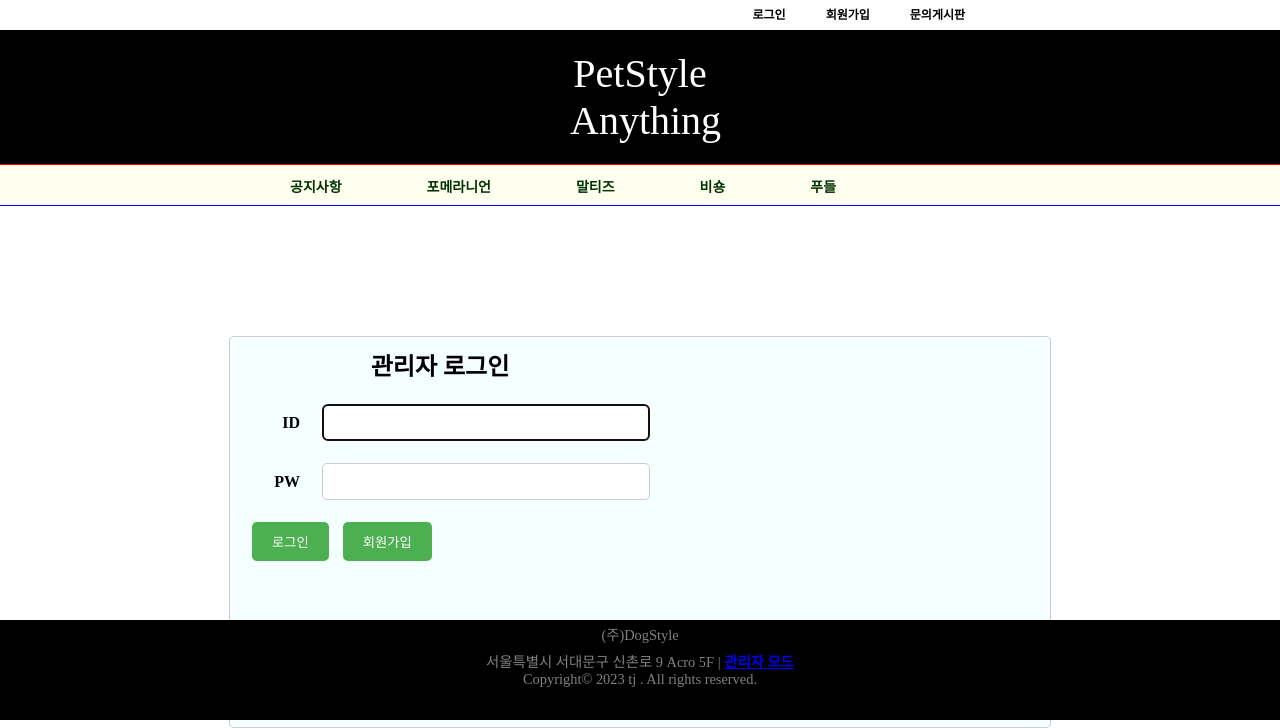
Repository: kdkk2000/Project
Page: http://localhost/petstyle/admin/adminLogin.jsp
An editor plug-in stored every save of this project. The page is shown before and after the next save, followed by the edit.
The browser window is 1280 px wide. The pictures show the whole page.
The page is served by Tomcat 9. Other server files are loaded and not shown. The template is opened directly, without the code that normally fills it, so the values that code supplies are empty.

Above is the page before, as saved 2023-03-29 06:43:19.

### petstyle/WebContent/admin/adminLogin.jsp
<%@ page language="java" contentType="text/html; charset=UTF-8"
    pageEncoding="UTF-8"%>
<%@ taglib prefix="c" uri="http://java.sun.com/jsp/jstl/core" %>
<%@ taglib prefix="fmt" uri="http://java.sun.com/jsp/jstl/fmt"%>
<c:set var="conPath" value="${pageContext.request.contextPath }"/>
<!DOCTYPE html>
<html>
<head>
	<meta charset="UTF-8">
	<title>Insert title here</title>
	<link href="${conPath }/css/login.css" rel="stylesheet">
	<style>
		#content_form {
			height:370px;
			margin: 130px auto 0px;
			width: 800px;
		}
	</style>
</head>
<body>
	<c:if test="${not empty admin }">
		<script>
			alert('이미 관리자 모드로 들어오셨습니다');
			location.href='${conPath }/main.do';
		</script>
	</c:if>
	<c:if test="${not empty user }">
		<script>
			alert('사용자는 접근할 수 없는 화면입니다.');
			history.back();
		</script>
	</c:if>
	<jsp:include page="../main/header.jsp"/>
	<div id="content_form">
		<form action="${conPath }/adminLogin.do" method="post">
			<table>
			<caption>관리자 로그인</caption>
			<tr>
				<th>ID</th>
				<td><input type="text" name="adminId" required="required" autofocus="autofocus"></td>
			</tr>
			<tr>
				<th>PW</th>
				<td><input type="password" name="adminPw" required="required"></td>
			</tr>
			<tr>
				<td colspan="2">
						<input type="submit" value="로그인" class="btn">
						<input type="button" value="회원가입" class="btn"
									onclick="location='${conPath}/adminJoinView.do'">
				</td>
			</tr>
		</table>
		</form>
	</div>
	<jsp:include page="../main/footer.jsp"/>
</body>
</html>

### petstyle/WebContent/main/header.jsp
<%@ page language="java" contentType="text/html; charset=UTF-8"
    pageEncoding="UTF-8"%>
<%@taglib prefix="c" uri="http://java.sun.com/jsp/jstl/core"%>
<%@taglib prefix="fmt" uri="http://java.sun.com/jsp/jstl/fmt" %>
<c:set var="conPath" value="${pageContext.request.contextPath }"/>
<!DOCTYPE html>
<html>
<head>
	<meta charset="UTF-8">
	<title>Insert title here</title>
<style>
	*{padding:0; margin: 0;}
	header {
		background-color: black; font-size: 10pt; color: white;
	}
	header a {text-decoration: none; font-weight: bold;}
	header li {list-style: none;}
	header .gnb {
	    width: 100%;
	    background-color: white;
	    margin-left: auto;
	}
	header .gnb ul {
		overflow: hidden;
		width:700px;
		height: 30px;
		line-height: 30px;
		margin: 0 auto;
	}
	header .gnb ul li {	float: right; margin-right:10px;}
	header .gnb a {
		color : black;
		font-size: 0.9em;
		display: block;
		padding-left:15px;
		padding-right:15px;
	}
	header .gnb a:hover {
		font-size: 1.2em;
  		background-color: black;
  		color: white;
	}

	header .logo{
		width:140px; text-align:center;
		margin: 20px auto; font-size:3em;
		cursor: pointer;
	}
	header .lnb {
		background-color: ivory;
	  	width: 100%; height: 40px;
	  	border-top: 1px solid red;
		border-bottom: 1px solid blue;
		position:relative; /*서브메뉴가 main영역 위로 */
	}
	header .lnb ul{
		text-align:center;
		overflow: hidden;
		width:800px;
		margin: 0 auto;
	}
	header .lnb ul>li {
		font-weight: bold;
		font-size: 14px;
		margin: 5px;
		margin-left: 20px;
		float:left;
		padding:5px 30px;
		line-height: 25px;
	}
	header .lnb li:hover {
  		background-color: black;
  		color: white;
	}
	header .lnb a {
		color : white;
		font-size: 0.9em;
		display: block;
		padding-left:15px;
		padding-right:15px;
	}
	header .lnb a:hover {
  		background-color: yellow;
  		color: black;
	}
	header .lnb li {color: #003300;}
	header .lnb ul li .subMenu {display:none;}
	header .lnb ul li:hover .subMenu {display: block; margin: 10px 0 0 0;}
</style>
</head>
<body>
<header>
	<c:if test="${empty user and empty admin}"> <%-- 로그인 전 화면 --%>
		<div class="gnb">
			<ul>
				<li><a href="${conPath }/boardList.do">문의게시판</a></li>
				<li><a href="${conPath }/joinView.do">회원가입</a></li>
				<li><a href="${conPath }/loginView.do">로그인</a></li>
			</ul>
		</div>
		<div class="logo" onclick="location.href='${conPath}/main.do'">
			PetStyle Anything
		</div>
		<div class="lnb">
			<ul>
				<li>공지사항
					<ol class="subMenu">
						<li><a href="${conPath }/noticeList.do">공지사항</a></li>
					</ol>
				</li>
				<li>포메라니언
					<ol class="subMenu">
						<li><a href="../fileBoardUp/dog.jpg">곰돌이컷</a></li>
						<li><a href="#">물개컷</a></li>
						<li><a href="#">포메컷</a></li>
						<li><a href="#">라이언컷</a></li>
						<li><a href="#">풀코트</a></li>
					</ol>
				</li>
				<li>말티즈
					<ol class="subMenu">
						<li><a href="#">알밤컷</a></li>
						<li><a href="#">곰돌이컷</a></li>
						<li><a href="#">베이비컷 </a></li>
						<li><a href="#">무스타슈 </a></li>
					</ol>
				</li>
				<li>비숑
					<ol class="subMenu">
						<li><a href="#">하이바컷</a></li>
						<li><a href="#">귀툭튀컷</a></li>
					</ol>
				</li>
				<li>푸들
					<ol class="subMenu">
						<li><a href="#">양컷</a></li>
						<li><a href="#">몽키컷</a></li>
						<li><a href="#">브로콜리컷</a></li>
						<li><a href="#">테디베어컷</a></li>
						<li><a href="#">귀똑컷</a></li>
					</ol>
				</li>
			</ul>
		</div>
	</c:if>
	<c:if test="${not empty user and empty admin}"> <%-- 사용자 모드 로그인 화면--%>
		<div class="gnb">
			<ul>
				<li><a href="${conPath }/boardList.do">문의게시판</a></li>
				<li><a href="${conPath }/logout.do">로그아웃</a></li>
				<li><a href="${conPath }/modifyView.do">정보수정</a></li>
				<li><a>${user.userName }님 &nbsp; ▶</a></li>
			</ul>
		</div>
		<div class="logo" onclick="location.href='${conPath}/main.do'">
			PetStyle Anything
		</div>
		<div class="lnb">
			<ul>
				<li>공지사항
					<ol class="subMenu">
						<li><a href="${conPath }/noticeList.do">공지사항</a></li>
					</ol>
				</li>
				<li>포메라니언
					<ol class="subMenu">
						<li><a href="#">곰돌이컷</a></li>
						<li><a href="#">물개컷</a></li>
						<li><a href="#">포메컷</a></li>
						<li><a href="#">라이언컷</a></li>
						<li><a href="#">풀코트컷</a></li>
					</ol>
				</li>
				<li>말티즈
					<ol class="subMenu">
						<li><a href="#">알밤컷</a></li>
						<li><a href="#">곰돌이컷</a></li>
						<li><a href="#">베이비컷 </a></li>
						<li><a href="#">무스타슈컷 </a></li>
					</ol>
				</li>
				<li>비숑
					<ol class="subMenu">
						<li><a href="#">하이바컷</a></li>
						<li><a href="#">귀툭튀컷</a></li>
					</ol>
				</li>
				<li>푸들
					<ol class="subMenu">
						<li><a href="#">양컷</a></li>
						<li><a href="#">몽키컷</a></li>
						<li><a href="#">브로콜리컷</a></li>
						<li><a href="#">테디베어컷</a></li>
						<li><a href="#">귀똑컷</a></li>
					</ol>
				</li>
			</ul>
		</div>
	</c:if>
	<c:if test="${empty user and not empty admin}"> <%-- 관리자 모드 로그인 화면--%>
		<div class="gnb">
			<ul>
				<li><a href="${conPath }/boardList.do">문의게시판</a></li>
				<li><a href="${conPath }/logout.do">관리자모드나가기</a></li>
				<li><a href="${conPath }/adminModify.do">정보수정</a></li>
				<li><a>${admin.adminName }님 &nbsp; ▶</a></li>
			</ul>
		</div>
		<div class="logo" onclick="location.href='${conPath}/main.do'">
			PetStyle Anything
		</div>
		<div class="lnb">
			<ul>
				<li>공지사항
					<ol class="subMenu">
						<li><a href="${conPath }/noticeList.do">공지사항</a></li>
					</ol>
				</li>
				<li>회원 리스트
					<ol class="subMenu">
						<li><a href="${conPath }/allUser.do">회원 리스트</a></li>
					</ol>
				</li>
				<li>관리자 메모장
					<ol class="subMenu">
						<li><a href="#">관리자 메모장</a></li>
					</ol>
				</li>
			</ul>
		</div>
	</c:if>
</header>
</body>
</html>

### petstyle/WebContent/main/footer.jsp
<%@ page language="java" contentType="text/html; charset=UTF-8"
    pageEncoding="UTF-8"%>
<%@taglib prefix="c" uri="http://java.sun.com/jsp/jstl/core"%>
<%@taglib prefix="fmt" uri="http://java.sun.com/jsp/jstl/fmt" %>
<c:set var="conPath" value="${pageContext.request.contextPath }"/>
<!DOCTYPE html>
<html>
<head>
<meta charset="UTF-8">
<title>Insert title here</title>
	<style>
	footer {
		position: fixed;
		bottom: 0;
		height: 100px;
		background-color: black;
		width: 100%;
	}

	#footer_conts {
		color: gray;
		font-size: 0.9em;
		text-align: center;
		margin: 0 auto;
		width: 80%;
	}

	#footer_conts p:first-child {
		height: 30px;
		line-height: 30px;
	}
</style>
</head>
<body>
	<footer>
		<div id="footer_conts">
			<p>(주)DogStyle</p>
			<p>서울특별시 서대문구 신촌로 9 Acro 5F | <b><a href="${conPath }/adminLoginView.do">관리자 모드</a></b></p>
			<p>Copyright© 2023 tj . All rights reserved.</p>
		</div>
	</footer>
</body>
</html>

### petstyle/WebContent/css/login.css
@charset "UTF-8";

#content_form {
  width: 150px;
  padding: 10px;
  background-color: #F4FFFF;
  color: black;
  border: 1px solid #ccc;
  border-radius: 5px;
}

form table {
  width: 50%;
}

form table caption {
  font-size: 1.5em;
  font-weight: bold;
  margin-bottom: 10px;
}

form table th {
  text-align: right;
  padding: 10px;
}

form table td {
  padding: 10px;
}

form table input[type="text"],
form table input[type="password"] {
  width: 100%;
  padding: 10px;
  border-radius: 5px;
  border: 1px solid #ccc;
}

form table input[type="submit"],
form table input[type="button"] {
  margin-right: 10px;
  padding: 10px 20px;
  border-radius: 5px;
  border: none;
  background-color: #4CAF50;
  color: #fff;
  cursor: pointer;
  text-align: center;
}

form table input[type="submit"]:hover,
form table input[type="button"]:hover {
  background-color: #3e8e41;
}

After the next save:
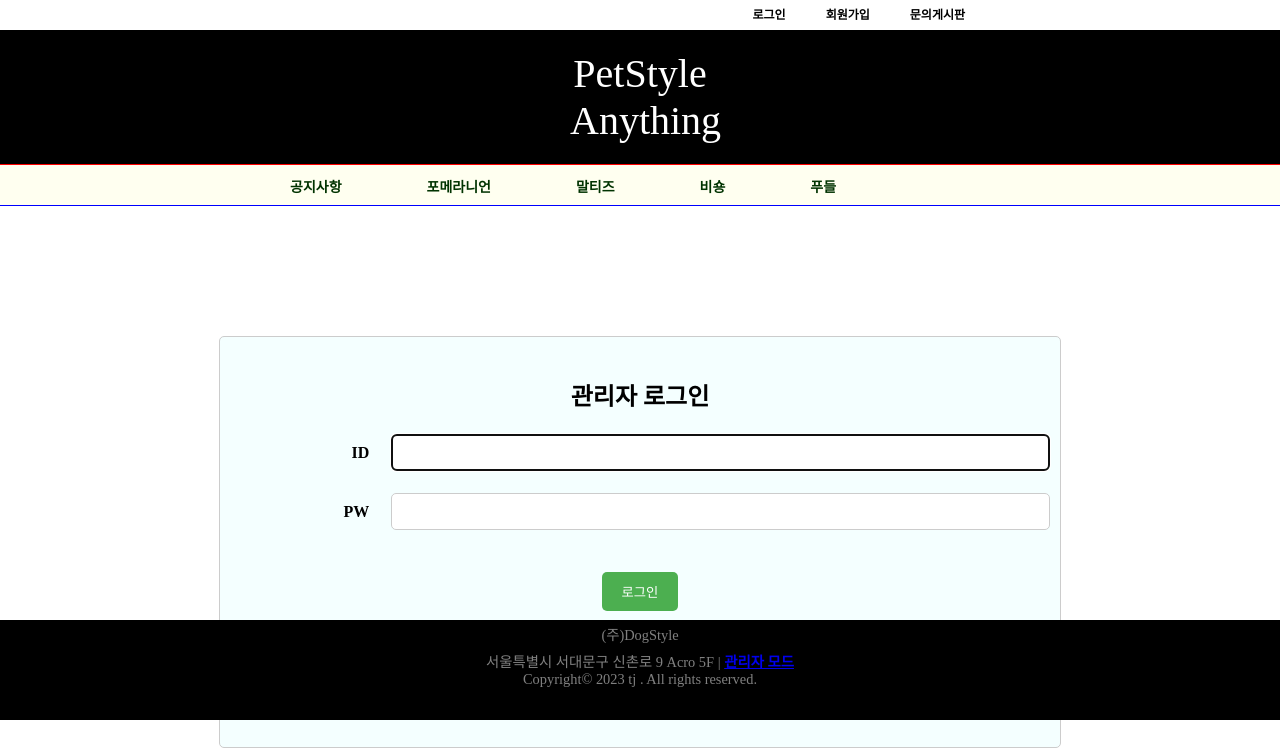
Saved 80 s later.
--- a/petstyle/WebContent/css/login.css
+++ b/petstyle/WebContent/css/login.css
@@ -1,54 +1,91 @@
 @charset "UTF-8";
 
 #content_form {
-  width: 150px;
-  padding: 10px;
-  background-color: #F4FFFF;
-  color: black;
-  border: 1px solid #ccc;
-  border-radius: 5px;
+width: 400px;
+margin: 130px auto 0px;
+padding: 20px;
+background-color: #F4FFFF;
+color: black;
+border: 1px solid #ccc;
+border-radius: 5px;
 }
 
 form table {
-  width: 50%;
+width: 100%;
+margin-top: 20px;
 }
 
 form table caption {
-  font-size: 1.5em;
-  font-weight: bold;
-  margin-bottom: 10px;
+font-size: 1.5em;
+font-weight: bold;
+margin-bottom: 10px;
 }
 
 form table th {
-  text-align: right;
-  padding: 10px;
+text-align: right;
+padding: 10px;
 }
 
 form table td {
-  padding: 10px;
+padding: 10px;
 }
 
 form table input[type="text"],
 form table input[type="password"] {
-  width: 100%;
-  padding: 10px;
-  border-radius: 5px;
-  border: 1px solid #ccc;
+width: 100%;
+padding: 10px;
+border-radius: 5px;
+border: 1px solid #ccc;
 }
 
 form table input[type="submit"],
 form table input[type="button"] {
-  margin-right: 10px;
-  padding: 10px 20px;
-  border-radius: 5px;
-  border: none;
-  background-color: #4CAF50;
-  color: #fff;
-  cursor: pointer;
-  text-align: center;
+margin-top: 20px;
+margin-right: 10px;
+padding: 10px 20px;
+border-radius: 5px;
+border: none;
+background-color: #4CAF50;
+color: #fff;
+cursor: pointer;
+text-align: center;
 }
 
 form table input[type="submit"]:hover,
 form table input[type="button"]:hover {
-  background-color: #3e8e41;
+background-color: #3e8e41;
 }
+
+form table p {
+text-align: center;
+}
+
+#content_form {
+text-align: center;
+}
+
+form table td:first-child {
+text-align: left;
+font-weight: bold;
+}
+
+form table input[type="text"]::placeholder,
+form table input[type="password"]::placeholder {
+color: #ccc;
+}
+
+form table input[type="text"]:focus,
+form table input[type="password"]:focus {
+border-color: #4CAF50;
+}
+
+form table input[type="submit"],
+form table input[type="button"] {
+display: block;
+margin: 20px auto;
+}
+
+form table input[type="submit"]:hover,
+form table input[type="button"]:hover {
+background-color: #3e8e41;
+}
